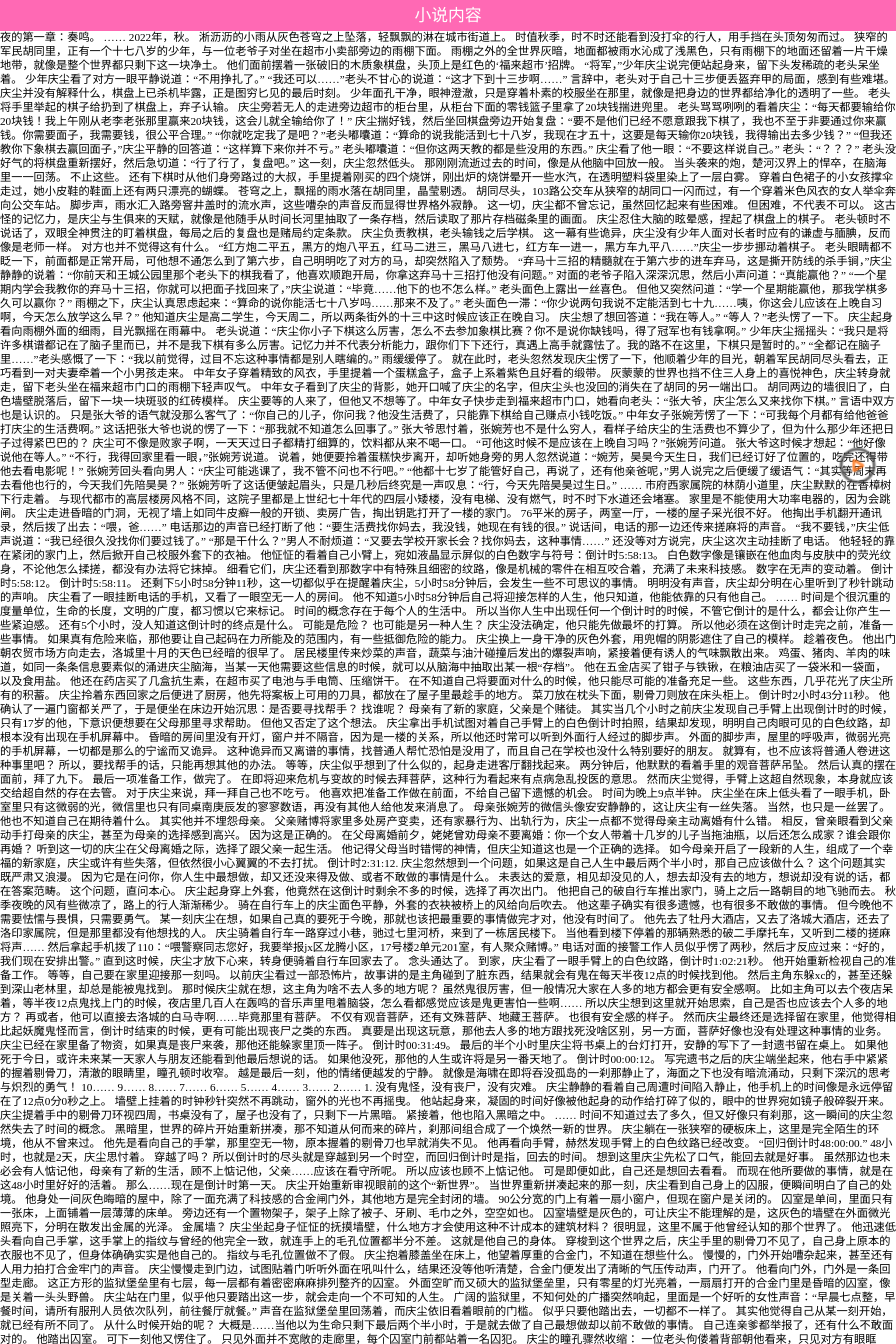
Repository: razzh7/javascript-demo
Page: 自动阅读插件/detail.html
These files come from the project's save history. The page is drawn as it stood at one moment and after the next save; the edit follows.
The browser window is 1280 px wide. The pictures show the part of the page from y = 0 to 1920 px (the page is 3004 px tall before and 6556 px after), at 70% of full size.

Above is the page before, as saved 2021-06-30 16:02:21.

### 自动阅读插件/detail.html
<!DOCTYPE html>
<html lang="en">
<head>
  <meta charset="UTF-8">
  <meta http-equiv="X-UA-Compatible" content="IE=edge">
  <meta name="viewport" content="width=device-width, initial-scale=1.0">
  <title>小说内容</title>
  <link rel="stylesheet" href="./css/common.css" />
  <link rel="stylesheet" href="./css/detail.css" />
</head>
<body>
  <div class="list-hd">
    <h2>小说内容</h2>
  </div>
  <div class="container lt">
    夜的第一章：奏鸣。

    ……

    2022年，秋。

    淅沥沥的小雨从灰色苍穹之上坠落，轻飘飘的淋在城市街道上。

    时值秋季，时不时还能看到没打伞的行人，用手挡在头顶匆匆而过。

    狭窄的军民胡同里，正有一个十七八岁的少年，与一位老爷子对坐在超市小卖部旁边的雨棚下面。

    雨棚之外的全世界灰暗，地面都被雨水沁成了浅黑色，只有雨棚下的地面还留着一片干燥地带，就像是整个世界都只剩下这一块净土。

    他们面前摆着一张破旧的木质象棋盘，头顶上是红色的‘福来超市’招牌。

    “将军，”少年庆尘说完便站起身来，留下头发稀疏的老头呆坐着。

    少年庆尘看了对方一眼平静说道：“不用挣扎了。”

    “我还可以……”老头不甘心的说道：“这才下到十三步啊……”

    言辞中，老头对于自己十三步便丢盔弃甲的局面，感到有些难堪。

    庆尘并没有解释什么，棋盘上已杀机毕露，正是图穷匕见的最后时刻。

    少年面孔干净，眼神澄澈，只是穿着朴素的校服坐在那里，就像是把身边的世界都给净化的透明了一些。

    老头将手里举起的棋子给扔到了棋盘上，弃子认输。

    庆尘旁若无人的走进旁边超市的柜台里，从柜台下面的零钱篮子里拿了20块钱揣进兜里。

    老头骂骂咧咧的看着庆尘：“每天都要输给你20块钱！我上午刚从老李老张那里赢来20块钱，这会儿就全输给你了！”

    庆尘揣好钱，然后坐回棋盘旁边开始复盘：“要不是他们已经不愿意跟我下棋了，我也不至于非要通过你来赢钱。你需要面子，我需要钱，很公平合理。”

    “你就吃定我了是吧？”老头嘟囔道：“算命的说我能活到七十八岁，我现在才五十，这要是每天输你20块钱，我得输出去多少钱？”

    “但我还教你下象棋去赢回面子，”庆尘平静的回答道：“这样算下来你并不亏。”

    老头嘟囔道：“但你这两天教的都是些没用的东西。”

    庆尘看了他一眼：“不要这样说自己。”

    老头：“？？？”

    老头没好气的将棋盘重新摆好，然后急切道：“行了行了，复盘吧。”

    这一刻，庆尘忽然低头。

    那刚刚流逝过去的时间，像是从他脑中回放一般。

    当头袭来的炮，楚河汉界上的悍卒，在脑海里一一回荡。

    不止这些。

    还有下棋时从他们身旁路过的大叔，手里提着刚买的四个烧饼，刚出炉的烧饼晕开一些水汽，在透明塑料袋里染上了一层白雾。

    穿着白色裙子的小女孩撑伞走过，她小皮鞋的鞋面上还有两只漂亮的蝴蝶。

    苍穹之上，飘摇的雨水落在胡同里，晶莹剔透。

    胡同尽头，103路公交车从狭窄的胡同口一闪而过，有一个穿着米色风衣的女人举伞奔向公交车站。

    脚步声，雨水汇入路旁窨井盖时的流水声，这些嘈杂的声音反而显得世界格外寂静。

    这一切，庆尘都不曾忘记，虽然回忆起来有些困难。

    但困难，不代表不可以。

    这古怪的记忆力，是庆尘与生俱来的天赋，就像是他随手从时间长河里抽取了一条存档，然后读取了那片存档磁条里的画面。

    庆尘忍住大脑的眩晕感，捏起了棋盘上的棋子。

    老头顿时不说话了，双眼全神贯注的盯着棋盘，每局之后的复盘也是赌局约定条款。

    庆尘负责教棋，老头输钱之后学棋。

    这一幕有些诡异，庆尘没有少年人面对长者时应有的谦虚与腼腆，反而像是老师一样。

    对方也并不觉得这有什么。

    “红方炮二平五，黑方的炮八平五，红马二进三，黑马八进七，红方车一进一，黑方车九平八……”庆尘一步步挪动着棋子。

    老头眼睛都不眨一下，前面都是正常开局，可他想不通怎么到了第六步，自己明明吃了对方的马，却突然陷入了颓势。

    “弃马十三招的精髓就在于第六步的进车弃马，这是撕开防线的杀手锏，”庆尘静静的说着：“你前天和王城公园里那个老头下的棋我看了，他喜欢顺跑开局，你拿这弃马十三招打他没有问题。”

    对面的老爷子陷入深深沉思，然后小声问道：“真能赢他？”

    “一个星期内学会我教你的弃马十三招，你就可以把面子找回来了，”庆尘说道：“毕竟……他下的也不怎么样。”

    老头面色上露出一丝喜色。

    但他又突然问道：“学一个星期能赢他，那我学棋多久可以赢你？”

    雨棚之下，庆尘认真思虑起来：“算命的说你能活七十八岁吗……那来不及了。”

    老头面色一滞：“你少说两句我说不定能活到七十九……咦，你这会儿应该在上晚自习啊，今天怎么放学这么早？”

    他知道庆尘是高二学生，今天周二，所以两条街外的十三中这时候应该正在晚自习。

    庆尘想了想回答道：“我在等人。”

    “等人？”老头愣了一下。

    庆尘起身看向雨棚外面的细雨，目光飘摇在雨幕中。

    老头说道：“庆尘你小子下棋这么厉害，怎么不去参加象棋比赛？你不是说你缺钱吗，得了冠军也有钱拿啊。”

    少年庆尘摇摇头：“我只是将许多棋谱都记在了脑子里而已，并不是我下棋有多么厉害。记忆力并不代表分析能力，跟你们下下还行，真遇上高手就露怯了。我的路不在这里，下棋只是暂时的。”

    “全都记在脑子里……”老头感慨了一下：“我以前觉得，过目不忘这种事情都是别人瞎编的。”

    雨缓缓停了。

    就在此时，老头忽然发现庆尘愣了一下，他顺着少年的目光，朝着军民胡同尽头看去，正巧看到一对夫妻牵着一个小男孩走来。

    中年女子穿着精致的风衣，手里提着一个蛋糕盒子，盒子上系着紫色且好看的缎带。

    灰蒙蒙的世界也挡不住三人身上的喜悦神色，庆尘转身就走，留下老头坐在福来超市门口的雨棚下轻声叹气。

    中年女子看到了庆尘的背影，她开口喊了庆尘的名字，但庆尘头也没回的消失在了胡同的另一端出口。

    胡同两边的墙很旧了，白色墙壁脱落后，留下一块一块斑驳的红砖模样。

    庆尘要等的人来了，但他又不想等了。中年女子快步走到福来超市门口，她看向老头：“张大爷，庆尘怎么又来找你下棋。”

    言语中双方也是认识的。

    只是张大爷的语气就没那么客气了：“你自己的儿子，你问我？他没生活费了，只能靠下棋给自己赚点小钱吃饭。”

    中年女子张婉芳愣了一下：“可我每个月都有给他爸爸打庆尘的生活费啊。”

    这话把张大爷也说的愣了一下：“那我就不知道怎么回事了。”

    张大爷思忖着，张婉芳也不是什么穷人，看样子给庆尘的生活费也不算少了，但为什么那少年还把日子过得紧巴巴的？

    庆尘可不像是败家子啊，一天天过日子都精打细算的，饮料都从来不喝一口。

    “可他这时候不是应该在上晚自习吗？”张婉芳问道。

    张大爷这时候才想起：“他好像说他在等人。”

    “不行，我得回家里看一眼，”张婉芳说道。

    说着，她便要拎着蛋糕快步离开，却听她身旁的男人忽然说道：“婉芳，昊昊今天生日，我们已经订好了位置的，吃完还得带他去看电影呢！”

    张婉芳回头看向男人：“庆尘可能逃课了，我不管不问也不行吧。”

    “他都十七岁了能管好自己，再说了，还有他亲爸呢，”男人说完之后便缓了缓语气：“其实等周末再去看他也行的，今天我们先陪昊昊？”

    张婉芳听了这话便皱起眉头，只是几秒后终究是一声叹息：“行，今天先陪昊昊过生日。”

    ……

    市府西家属院的林荫小道里，庆尘默默的在香樟树下行走着。

    与现代都市的高层楼房风格不同，这院子里都是上世纪七十年代的四层小矮楼，没有电梯、没有燃气，时不时下水道还会堵塞。

    家里是不能使用大功率电器的，因为会跳闸。

    庆尘走进昏暗的门洞，无视了墙上如同牛皮癣一般的开锁、卖房广告，掏出钥匙打开了一楼的家门。

    76平米的房子，两室一厅，一楼的屋子采光很不好。

    他掏出手机翻开通讯录，然后拨了出去：“喂，爸……”

    电话那边的声音已经打断了他：“要生活费找你妈去，我没钱，她现在有钱的很。”

    说话间，电话的那一边还传来搓麻将的声音。

    “我不要钱，”庆尘低声说道：“我已经很久没找你们要过钱了。”

    “那是干什么？”男人不耐烦道：“又要去学校开家长会？找你妈去，这种事情……”

    还没等对方说完，庆尘这次主动挂断了电话。

    他轻轻的靠在紧闭的家门上，然后掀开自己校服外套下的衣袖。

    他怔怔的看着自己小臂上，宛如液晶显示屏似的白色数字与符号：倒计时5:58:13。

    白色数字像是镶嵌在他血肉与皮肤中的荧光纹身，不论他怎么揉搓，都没有办法将它抹掉。

    细看它们，庆尘还看到那数字中有特殊且细密的纹路，像是机械的零件在相互咬合着，充满了未来科技感。

    数字在无声的变动着。

    倒计时5:58:12。

    倒计时5:58:11。

    还剩下5小时58分钟11秒，这一切都似乎在提醒着庆尘，5小时58分钟后，会发生一些不可思议的事情。

    明明没有声音，庆尘却分明在心里听到了秒针跳动的声响。

    庆尘看了一眼挂断电话的手机，又看了一眼空无一人的房间。

    他不知道5小时58分钟后自己将迎接怎样的人生，他只知道，他能依靠的只有他自己。

    ……

    时间是个很沉重的度量单位，生命的长度，文明的广度，都习惯以它来标记。

    时间的概念存在于每个人的生活中。

    所以当你人生中出现任何一个倒计时的时候，不管它倒计的是什么，都会让你产生一些紧迫感。

    还有5个小时，没人知道这倒计时的终点是什么。

    可能是危险？

    也可能是另一种人生？

    庆尘没法确定，他只能先做最坏的打算。

    所以他必须在这倒计时走完之前，准备一些事情。

    如果真有危险来临，那他要让自己起码在力所能及的范围内，有一些抵御危险的能力。

    庆尘换上一身干净的灰色外套，用兜帽的阴影遮住了自己的模样。

    趁着夜色。

    他出门朝农贸市场方向走去，洛城里十月的天色已经暗的很早了。

    居民楼里传来炒菜的声音，蔬菜与油汁碰撞后发出的爆裂声响，紧接着便有诱人的气味飘散出来。

    鸡蛋、猪肉、羊肉的味道，如同一条条信息要素似的涌进庆尘脑海，当某一天他需要这些信息的时候，就可以从脑海中抽取出某一根“存档”。

    他在五金店买了钳子与铁锹，在粮油店买了一袋米和一袋面，以及食用盐。

    他还在药店买了几盒抗生素，在超市买了电池与手电筒、压缩饼干。

    在不知道自己将要面对什么的时候，他只能尽可能的准备充足一些。

    这些东西，几乎花光了庆尘所有的积蓄。

    庆尘拎着东西回家之后便进了厨房，他先将案板上可用的刀具，都放在了屋子里最趁手的地方。

    菜刀放在枕头下面，剔骨刀则放在床头柜上。

    倒计时2小时43分11秒。

    他确认了一遍门窗都关严了，于是便坐在床边开始沉思：是否要寻找帮手？

    找谁呢？

    母亲有了新的家庭，父亲是个赌徒。

    其实当几个小时之前庆尘发现自己手臂上出现倒计时的时候，只有17岁的他，下意识便想要在父母那里寻求帮助。

    但他又否定了这个想法。

    庆尘拿出手机试图对着自己手臂上的白色倒计时拍照，结果却发现，明明自己肉眼可见的白色纹路，却根本没有出现在手机屏幕中。

    昏暗的房间里没有开灯，窗户并不隔音，因为是一楼的关系，所以他还时常可以听到外面行人经过的脚步声。

    外面的脚步声，屋里的呼吸声，微弱光亮的手机屏幕，一切都是那么的宁谧而又诡异。

    这种诡异而又离谱的事情，找普通人帮忙恐怕是没用了，而且自己在学校也没什么特别要好的朋友。

    就算有，也不应该将普通人卷进这种事里吧？

    所以，要找帮手的话，只能再想其他的办法。

    等等，庆尘似乎想到了什么似的，起身走进客厅翻找起来。

    两分钟后，他默默的看着手里的观音菩萨吊坠。

    然后认真的摆在面前，拜了九下。

    最后一项准备工作，做完了。  在即将迎来危机与变故的时候去拜菩萨，这种行为看起来有点病急乱投医的意思。

    然而庆尘觉得，手臂上这超自然现象，本身就应该交给超自然的存在去管。

    对于庆尘来说，拜一拜自己也不吃亏。

    他喜欢把准备工作做在前面，不给自己留下遗憾的机会。

    时间为晚上9点半钟。

    庆尘坐在床上低头看了一眼手机，卧室里只有这微弱的光，微信里也只有同桌南庚辰发的寥寥数语，再没有其他人给他发来消息了。

    母亲张婉芳的微信头像安安静静的，这让庆尘有一丝失落。

    当然，也只是一丝罢了。

    他也不知道自己在期待着什么。

    其实他并不埋怨母亲。

    父亲赌博将家里多处房产变卖，还有家暴行为、出轨行为，庆尘一点都不觉得母亲主动离婚有什么错。

    相反，曾亲眼看到父亲动手打母亲的庆尘，甚至为母亲的选择感到高兴。

    因为这是正确的。

    在父母离婚前夕，姥姥曾劝母亲不要离婚：你一个女人带着十几岁的儿子当拖油瓶，以后还怎么成家？谁会跟你再婚？

    听到这一切的庆尘在父母离婚之际，选择了跟父亲一起生活。

    他记得父母当时错愕的神情，但庆尘知道这也是一个正确的选择。

    如今母亲开启了一段新的人生，组成了一个幸福的新家庭，庆尘或许有些失落，但依然很小心翼翼的不去打扰。

    倒计时2:31:12.

    庆尘忽然想到一个问题，如果这是自己人生中最后两个半小时，那自己应该做什么？

    这个问题其实既严肃又浪漫。

    因为它是在问你，你人生中最想做，却又还没来得及做、或者不敢做的事情是什么。

    未表达的爱意，相见却没见的人，想去却没有去的地方，想说却没有说的话，都在答案范畴。

    这个问题，直问本心。

    庆尘起身穿上外套，他竟然在这倒计时剩余不多的时候，选择了再次出门。

    他把自己的破自行车推出家门，骑上之后一路朝目的地飞驰而去。

    秋季夜晚的风有些微凉了，路上的行人渐渐稀少。

    骑在自行车上的庆尘面色平静，外套的衣袂被桥上的风给向后吹去。

    他这辈子确实有很多遗憾，也有很多不敢做的事情。

    但今晚他不需要怯懦与畏惧，只需要勇气。

    某一刻庆尘在想，如果自己真的要死于今晚，那就也该把最重要的事情做完才对，他没有时间了。

    他先去了牡丹大酒店，又去了洛城大酒店，还去了洛印家属院，但是那里都没有他想找的人。

    庆尘骑着自行车一路穿过小巷，驰过七里河桥，来到了一栋居民楼下。

    当他看到楼下停着的那辆熟悉的破二手摩托车，又听到二楼的搓麻将声……

    然后拿起手机拨了110：“喂警察同志您好，我要举报jx区龙腾小区，17号楼2单元201室，有人聚众赌博。”

    电话对面的接警工作人员似乎愣了两秒，然后才反应过来：“好的，我们现在安排出警。”

    直到这时候，庆尘才放下心来，转身便骑着自行车回家去了。

    念头通达了。

    到家，庆尘看了一眼手臂上的白色纹路，倒计时1:02:21秒。

    他开始重新检视自己的准备工作。

    等等，自己要在家里迎接那一刻吗。

    以前庆尘看过一部恐怖片，故事讲的是主角碰到了脏东西，结果就会有鬼在每天半夜12点的时候找到他。

    然后主角东躲xc的，甚至还躲到深山老林里，却总是能被鬼找到。

    那时候庆尘就在想，这主角为啥不去人多的地方呢？

    虽然鬼很厉害，但一般情况大家在人多的地方都会更有安全感啊。

    比如主角可以去个夜店呆着，等半夜12点鬼找上门的时候，夜店里几百人在轰鸣的音乐声里甩着脑袋，怎么看都感觉应该是鬼更害怕一些啊……

    所以庆尘想到这里就开始思索，自己是否也应该去个人多的地方？

    再或者，他可以直接去洛城的白马寺啊……毕竟那里有菩萨。

    不仅有观音菩萨，还有文殊菩萨、地藏王菩萨。

    也很有安全感的样子。

    然而庆尘最终还是选择留在家里，他觉得相比起妖魔鬼怪而言，倒计时结束的时候，更有可能出现丧尸之类的东西。

    真要是出现这玩意，那他去人多的地方跟找死没啥区别，另一方面，菩萨好像也没有处理这种事情的业务。

    庆尘已经在家里备了物资，如果真是丧尸来袭，那他还能躲家里顶一阵子。

    倒计时00:31:49。

    最后的半个小时里庆尘将书桌上的台灯打开，安静的写下了一封遗书留在桌上。

    如果他死于今日，或许未来某一天家人与朋友还能看到他最后想说的话。

    如果他没死，那他的人生或许将是另一番天地了。

    倒计时00:00:12。

    写完遗书之后的庆尘端坐起来，他右手中紧紧的握着剔骨刀，清澈的眼睛里，瞳孔顿时收窄。

    越是最后一刻，他的情绪便越发的宁静。

    就像是海啸在即将吞没孤岛的一刹那静止了，海面之下也没有暗流涌动，只剩下深沉的思考与炽烈的勇气！

    10……

    9……

    8……

    7……

    6……

    5……

    4……

    3……

    2……

    1.

    没有鬼怪，没有丧尸，没有灾难。

    庆尘静静的看着自己周遭时间陷入静止，他手机上的时间像是永远停留在了12点0分0秒之上。

    墙壁上挂着的时钟秒针突然不再跳动，窗外的光也不再摇曳。

    他站起身来，凝固的时间好像被他起身的动作给打碎了似的，眼中的世界宛如镜子般碎裂开来。

    庆尘提着手中的剔骨刀环视四周，书桌没有了，屋子也没有了，只剩下一片黑暗。

    紧接着，他也陷入黑暗之中。

    ……

    时间不知道过去了多久，但又好像只有刹那，这一瞬间的庆尘忽然失去了时间的概念。

    黑暗里，世界的碎片开始重新拼凑，那不知道从何而来的碎片，刹那间组合成了一个焕然一新的世界。

    庆尘躺在一张狭窄的硬板床上，这里是完全陌生的环境，他从不曾来过。

    他先是看向自己的手掌，那里空无一物，原本握着的剔骨刀也早就消失不见。

    他再看向手臂，赫然发现手臂上的白色纹路已经改变。

    “回归倒计时48:00:00.”

    48小时，也就是2天，庆尘思忖着。
    穿越了吗？

    所以倒计时的尽头就是穿越到另一个时空，而回归倒计时是指，回去的时间。

    想到这里庆尘先松了口气，能回去就是好事。

    虽然那边也未必会有人惦记他，母亲有了新的生活，顾不上惦记他，父亲……应该在看守所呢。

    所以应该也顾不上惦记他。

    可是即便如此，自己还是想回去看看。

    而现在他所要做的事情，就是在这48小时里好好的活着。

    那么……现在是倒计时第一天。

    庆尘开始重新审视眼前的这个“新世界”。

    当世界重新拼凑起来的那一刻，庆尘看到自己身上的囚服，便瞬间明白了自己的处境。

    他身处一间灰色晦暗的屋中，除了一面充满了科技感的合金闸门外，其他地方是完全封闭的墙。

    90公分宽的门上有着一扇小窗户，但现在窗户是关闭的。

    囚室是单间，里面只有一张床，上面铺着一层薄薄的床单。

    旁边还有一个置物架子，架子上除了被子、牙刷、毛巾之外，空空如也。

    囚室墙壁是灰色的，可让庆尘不能理解的是，这灰色的墙壁在外面微光照亮下，分明在散发出金属的光泽。

    金属墙？

    庆尘坐起身子怔怔的抚摸墙壁，什么地方才会使用这种不计成本的建筑材料？

    很明显，这里不属于他曾经认知的那个世界了。

    他迅速低头看向自己手掌，这手掌上的指纹与曾经的他完全一致，就连手上的毛孔位置都半分不差。

    这就是他自己的身体。

    穿梭到这个世界之后，庆尘手里的剔骨刀不见了，自己身上原本的衣服也不见了，但身体确确实实是他自己的。

    指纹与毛孔位置做不了假。

    庆尘抱着膝盖坐在床上，他望着厚重的合金门，不知道在想些什么。

    慢慢的，门外开始嘈杂起来，甚至还有人用力拍打合金牢门的声音。

    庆尘慢慢走到门边，试图贴着门听听外面在吼叫什么，结果还没等他听清楚，合金门便发出了清晰的气压传动声，门开了。

    他看向门外，门外是一条回型走廊。

    这正方形的监狱堡垒里有七层，每一层都有着密密麻麻排列整齐的囚室。

    外面空旷而又硕大的监狱堡垒里，只有零星的灯光亮着，一扇扇打开的合金门里是昏暗的囚室，像是关着一头头野兽。

    庆尘站在门里，似乎他只要踏出这一步，就会走向一个不可知的人生。

    广阔的监狱里，不知何处的广播突然响起，里面是一个好听的女性声音：“早晨七点整，早餐时间，请所有服刑人员依次队列，前往餐厅就餐。”

    声音在监狱堡垒里回荡着，而庆尘依旧看着眼前的门槛。

    似乎只要他踏出去，一切都不一样了。

    其实他觉得自己从某一刻开始，就已经有所不同了。

    从什么时候开始的呢？

    大概是……当他以为生命只剩下最后两个半小时，于是就去做了自己最想做却以前不敢做的事情。

    自己连亲爹都举报了，还有什么不敢面对的。

    他踏出囚室。

    可下一刻他又愣住了。

    只见外面并不宽敞的走廊里，每个囚室门前都站着一名囚犯。

    庆尘的瞳孔骤然收缩：

    一位老头佝偻着背部朝他看来，只见对方有眼眶里，竟是一只泛着红色微光的机械眼睛，对方整个右眼眶都是机械构造，这金属部件一直延展到右侧的太阳穴位置。

    机械眼睛看起来并不精致，甚至还有些粗糙，但不知道为什么庆尘从这只盯着他的眼睛里，感受到了压迫感。

    似乎，对方正在解析他身上的细节。

    就像是他用记忆力解析别人一样。

    一位魁梧的中年囚犯，右手臂竟完全由机械组成，对方活动着手指，庆尘还能听到对方手掌开合时，机械零件转动的金属声。

    那粗壮的金属手臂，像是虬结的钢铁肌肉般，强硬而暴躁。

    这整个监狱要塞里，竟是有一半的人都拥有机械肢体。

    机械文明。

    庆尘脑中蹦出了这四个字。

    还没等他继续思考，却见隔壁囚室那魁梧的囚犯冲他笑了笑：“喂，新来的，早饭不要吃太多，不然吐出来的时候会很难看。”

    话音一落，走廊上传出了不少人的哄笑声：“听说昨天晚上新来了十二个人，今天可以娱乐娱乐。”

    “这小子身上一点机械肢体都没有，看样子在外面也没什么关系。”

    听到“新来的”三个字时，庆尘一愣，他还以为对方知道自己刚刚从地球穿越过来。

    但很快他就反应过来，这“新来的”应该是指他刚进监狱，对方应该是不知道自己地球人身份的。

    而且庆尘皱眉思索着，对方所谓的娱乐，对自己来说恐怕会是一场灾难。

    可问题是，自己该如何在这群机械“野兽”之中生存？

    他克制着自己内心的躁动与恐惧，一个普通高二学生面对突如其来的凶狠变故，庆尘唯一能做的就是先强迫自己不表露任何异样。

    因为他不知道，如果自己来自另一个世界的事情暴露了，会招来怎样的后果。

    忽然间，对面四楼走廊上有一名少年抓狂起来：“这是什么地方！我要回家！我不要呆在这种鬼地方，你们是什么人！？我是黄济先，我爸是洛城永利集团的董事长，你们离我远点！”

    说着，那少年竟是沿着走廊疯狂奔跑起来。

    其他人并没有动，就像是看热闹似的站在原地观望，依旧保持着准备前往食堂吃饭的队列。

    有人有些疑惑：“洛城是哪里？”

    骤然间，庆尘听到头顶有蜂鸣声传来，他抬头看去赫然发现高而深邃的天花板上，正有四架如同铁盒子般的无人机脱离了墙壁，开始向下坠落。

    庆尘目光停留在天花板上，合金材质的墙壁上，竟是整齐的“嵌着”十八台加特林一样的六管机枪炮台倒悬着。

    随着那慌乱少年的跑动，其中九台机枪的枪口也在转动！

    “请停止走动，”无人机上发出女性声音：“再次警告，请停止走动。”

    紧接着，监狱堡垒里响起女性声音的广播声：“请所有服刑人员原地待命。”

    仅仅十多秒的时间，四架无人机便将那少年死死的堵在走廊某处，每架无人机的正下方都有枪口指着他。

    与此同时，监狱堡垒下方也有闸口打开，9名举着不知名枪械的机器人正全速进场。

    少年恐惧无比的靠墙跌坐着，而庆尘则冷冷的注视着这一切。

    对方的行为有些过激，但是却帮助庆尘了解到许多信息。

    机枪、无人机、机器人、机械肢体，无数的信息一时间全部汇入他脑中。

    但令庆尘最诧异的其实是，他看着那少年的一切表现忽然意识到：自己可能并不是唯一一个从地球来到这里的人。

    不是第一个，应该也不是最后一个。 曾经庆尘也想过，会不会有其他人手臂上也出现倒计时？

    正是因为有这个猜测，他才会那么小心谨慎的坐地铁去很远的地方验证一些事情，以免日后被人寻线索找到。

    但是后来一系列变故接踵而至，让庆尘几乎遗忘了这个猜测。

    现在看来，他的猜测最终成了现实。

    从地球穿越到这个世界的人一定不少，光这监狱都有两个，就更不用提监狱以外的世界了。

    穿越者有多少人？几百？几千？

    他们又是因为什么穿越？

    庆尘无法确定。

    “这次来的新人有点意思啊，怕不是个傻子吧，”有人看着崩溃的那个少年嬉笑道：“我听说他是因为偷税漏税判了7年进来的？昨天被押进来的时候没哭，到现在才哭。”

    “这年头敢惹税务征收机构的人，不是傻子是什么……”

    庆尘朝声音来源处看去，正是一名装载了机械双腿的青年男子，对方见他看去，便挑起嘴角笑道：“喂，新来的，你做好准备了吗？”

    周围人群顿时哄笑起来，似乎都等着看好戏了。

    这个地方，明明如此科幻与先进，可是人类那恶的一面好像并没有什么改变。

    庆尘皱眉，却没有理会，他重新看向那个被无人机围起来的少年。

    恐怕只有他知道，对方昨天没哭、今天才哭的原因是：对方今天和自己一样，刚刚从地球那个“温室”穿越过来，有点接受不了这个现实。

    这不是猜测，而是他见过对方。

    庆尘今年17岁，在洛城外国语学校上高二。

    而这位崩溃的少年则是高一年级的。

    两人并没有过任何交集，只是庆尘过目不忘，只要看见过的就很难忘记。

    这倒是让庆尘有些诧异，难道穿越前所在位置相近，穿越后的位置也会距离很近吗？

    他没法确定。

    不过庆尘倒是发现了一件事情：这里的人全都在说普通话，竟是没有一个说方言的。

    此时此刻，机器警卫正沿着楼梯冲上去，每次踏步都能跨越五阶楼梯，并伴随着独特的液压传动声响。

    那名少年，已经哭的不成人样了。

    这座监狱堡垒里有一半人都装载了机械肢体，在这种钢铁猛兽环伺的地方遇到地球人，颇有种他乡遇故知的感觉。

    一般人在陌生的地方遇到“同乡”，都会升起一种莫名的安全感。

    可庆尘并没有这种感觉，他看着那个已经濒临崩溃的少年便意识到，“同乡”并不一定能帮到你，反而可能成为一种拖累。

    不是所有人在面对这初来乍到的机械文明，还能保持冷静。

    他现在要做的是先撑过这初来乍到的两天，然后回到地球去了解这一切到底是为什么。

    庆尘低调的默默观望着，不知道为什么，他此时此刻的心情反而更镇定了一些。

    直到这时，所有囚犯都还站在原地一动不动。

    他环顾监狱堡垒，刚刚从监区外闸门冲来的9名机器人，留下了3名在楼下的广场戒严，其余的则上楼将那名恐慌的少年带走。

    楼下广场很宽阔，感觉有一个足球场大小。

    开放式的广场又分成好几个区域：餐厅、健身器材娱乐区域、阅读区、影音区等等……

    这些区域之间并没有什么隔断，像是一个大型的自由活动场所，而这广场边缘，则分布着8个大型钢铁闸门。

    那些闸门之大，怕是可以允许装甲车直接通过。

    忽然间庆尘愣住了，他看到已经有三个人不知何时出现在楼下广场的餐桌旁了。

    一名看起来四十多岁的中年男人坐着，另外两名年轻人笑眯眯的守在他身旁，然后饶有兴致的抬头打量着楼上的囚犯们。

    中年男人面前放着一张象棋盘，棋盘上则是摆好了一副残局。

    最令人惊异的是，那餐桌上的棋盘旁，竟然还卧着一只揣着爪子打盹的猫，灰色，耳朵上有两丛尖尖的毛，看起来有点像猞猁，但又不是。

    缅因猫。

    监狱里还能养猫？！

    庆尘有些惊愕，他刚才的目光被“同乡”吸引，以至于他都没看到这三人一猫是什么时候来到广场的。

    此时，只见那中年男人专心致志的盯着棋盘，仿佛楼上发生的事情与他毫无关系一样。

    而且，最令庆尘诧异的是，就连广场上的那些机器人都当这三人一猫不存在似的。

    楼上的严肃紧张，与楼下的轻松从容，像是两个不同世界般的鲜明对比。

    这三人中，两个年轻人穿着正常的蓝白相间囚服，而中年男人却是穿了一身白色练功服。

    在这灰暗压抑的环境里，那抹白色出尘极了。

    庆尘暗自思忖，难道这是监狱长？

    不对，虽然对方穿着异于其他囚犯的练功服，可那练功服胸口还绣着小小的黑色服刑编号。

    这中年男人也是监狱的一名服刑人员，只不过是最特殊的那一个。

    仿佛感受到了他的目光，中年男人身旁的一名年轻人竟突然转头，笑意盈盈的回看着他了一眼。

    庆尘立刻收回了。

    待到那名崩溃的地球少年被带走后，监狱堡垒里再次响起了广播：“按队列依次前往餐厅就餐。”

    话音刚落，庆尘便看到所有囚犯向右转，然后排着长长的队形，沿着楼梯往广场前进。

    直到这时候庆尘才有机会统计所有囚犯人数：包括他，3102名。

    这监狱堡垒总共七层，每层囚犯组成一支队伍，由队伍最前方的囚犯带领着，井然有序的依次前往餐厅。

    在此期间没人插队，也没人脱离队伍，庆尘感觉这里所有人都像是在按照既定好的程序运转一样，一切都被人“约束”好了。

    这种秩序，直到每个人从机器人窗口打完饭菜才结束。

    似乎打完饭菜就可以自由活动了。

    庆尘他们住在第五层，所以轮到他们打饭的时候，前面第一层的人已经结束用餐了，只见两名身材魁梧的囚犯拉扯着一个年轻人，直接往距离餐厅最近的一楼囚室走去，还有不少人跟在旁边起哄。

    还有人交代着：“赶紧把他拉进囚室，不要在广场上弄伤他，小心机器狱警插手。”

    拉扯着年轻人的囚犯漫不经心的回应道：“放心，我不是杨杰那种蠢货。”

    与此同时，那年轻人奋力挣扎着、嘶吼着：“放开我！”

    可是就在他快要被拉进囚室的时候，年轻人的声音已经转为哀求：“求求你们饶了我吧！”

    然而不管他怎么说，都没有人理会他的请求，反而招来了更嘈杂的嘲笑声。

    突然间，他前方安装着机械眼睛的老头转身笑道：“别东张西望了，待会儿就轮到你了。”

    庆尘平静的看了他一眼，老头忽然感觉对面这少年的眼神好像有些不同，也不知道为什么，他竟然感觉内心里突然一紧。

    在窗口打完饭，队形就散乱了。

    庆尘发现身边三个人若有若无的朝自己靠近过来，像是要直接控制他！

    他顿时加快了步伐，而对方也同样加快了步伐，将他紧紧围在当中！

    下一刻，这监狱堡垒里的画面宛如在庆尘脑海中细细过了一遍似的。

    穹顶上18台钢铁野兽般的机枪安静待命，犹如沉睡的猛虎。

    72台无人机悬挂在灰色合金天花板的卡槽里，犹如沉眠的黄蜂。

    210台监控缓缓转动角度，广场内3台机器人持枪伫立。

    囚犯们一个接一个从窗口领取着饭菜，有人抱怨着今天又是难吃的合成肉。

    水池旁边有人在洗刷餐盘，还有人替别人洗刷餐盘。

    广场上随着越来越多的人就餐结束，开始变的热闹起来，大家来往穿梭着，有的去了健身区，有的则围观者新人仪式。

    但是，所有人都下意识避开了那位盯着棋盘的中年男人。

    男人依旧认真的看着棋盘，周围五米都无人靠近，就像是海平面上镇静且坚硬的礁石，所有汹涌海水与船只都必须退让。

    庆尘忽然间端着餐盘，加速从三人包围圈里穿过，朝中年男人方向走去。

    看着他前进的方向，很多人都忽然意识到这个新来的想要干嘛。

    渐渐的，越来越多人把目光转向他，并窃窃私语，一个个囚犯脸上的表情，都仿佛等着看他笑话。

    发现中年男人异常的监狱新人很多，想要依靠对方摆脱困境的监狱新人也很多，庆尘从来都不是唯一一个。

    但事实上所有人都失败了。

    只是，庆尘对那些戏谑声充耳不闻，继续旁若无人的手端餐盘，穿过人群。

    还没等他靠近，便被中年人身边的年轻人拦下了，对方笑着说道：“新来的，我知道你打的什么算盘，但我们不会帮你。”

    对方猜中了庆尘的想法，而庆尘则将目光投向年轻人身后。

    中年人对身旁发生的这一切都充耳不闻，好像什么都没听到似的。

    他认真的看着中年男人说道：“前兵进一，这残局我能解。”

    中年男人直到这时才抬起头来，然后广场上便突然安静了，猫也睁开了眼睛。

    ……

    感谢海魂衣成为本书白银大盟。
  </div>
  <a href="javascript:;" class="btn-top"></a>
  <a href="javascript:;" class="btn-play"></a>
  <script type="text/javascript" src="./js/utils.js"></script>
  <script type="text/javascript" src="./js/auto_read.js"></script>
  <script type="text/javascript">
  /**
   * 小说自动阅读器
   * btnTop -> 返回顶部按钮
   * btnplay -> 自动阅读按钮
   * autoSpeed -> 阅读速度
   * playUrl -> 播放图片
   * pauseUrl -> 暂停图片
  */
    var autoRead = new AutoRead({
      btnTop: document.getElementsByClassName('btn-top')[0],
      btnPlay: document.getElementsByClassName('btn-play')[0],
      autoSpeed: 1,
      playUrl: './img/playing.png',
      pauseUrl: './img/pause.png'
    })
  </script>
</body>
</html>

### 自动阅读插件/css/common.css
body {
  margin: 0;
}
div {
  box-sizing: border-box;
}
h1,
h2,
h3,
h4,
h5,
h6,p {
  margin: 0;
  font-weight: normal;
}
ul {
  margin: 0;
  padding: 0;
}
img {
  height: 100%;
}
a {
  text-decoration: none;
}
.list-hd {
  position: fixed;
  top: 0;
  left: 0;
  width: 100%;
  height: 44px;
  line-height: 44px;
  text-align: center;
  background-color: hotpink;
  color: #fff;
  z-index: 1;
}
.container {
  margin-top: 44px;
}

### 自动阅读插件/css/detail.css
.btn-top {
  display: none;
  position: fixed;
  bottom: 100px;
  right: 25px;
  width: 60px;
  height: 60px;
  border-radius: 50%;
  background: #fff url(../img/rkt.png) no-repeat 0 0/100% 100%;
  opacity: .8;
}
.btn-play {
  position: fixed;
  bottom: 25px;
  right: 25px;
  width: 60px;
  height: 60px;
  border-radius: 50%;
  background: url(../img/playing.png) no-repeat 0 0/100% 100%;
  opacity: .8;
}
.btn-top:hover,.btn-play:hover{
  opacity: 1;
}
.lt {
  line-height: 20px;
}

### 自动阅读插件/js/utils.js
//获取滚动条滚动距离
function getScrollOffset(){
  if(window.pageXOffset){
    return {
      left: window.pageXOffset,
      top: window.pageYOffset
    }
  }else{
    return {
      left: document.body.scrollLeft + document.documentElement.scrollLeft,
      top: document.body.scrollTop + document.documentElement.scrollTop
    }
  }
}
//获取元素内容高度（文档内容高度）
function getScrollSize(){
  if(document.body.scrollHeight){
    return {
      width: document.body.scrollWidth,
      height: document.body.scrollHeight
    }
  }else{
    return {
      width: document.documentElement.scrollWidth,
      height: document.documentElement.scrollHeight
    }
  }
}
//获取浏览器可视区域的尺寸
function getViewPortSize(){
  if(window.innerWidth){
    return {
      width: window.innerWidth,
      height: window.innerHeight
    }
  }else{
    if(document.compatMode === 'BackCompat'){
      return {
        width: document.body.clientWidth,
        height: document.body.clientHeight
      }
    }else{
      return {
        width: document.documentElement.clientWidth,
        height: document.documentElement.clientHeight
      }
    }
  }
}
//添加点击事件
function addEvent(elem, type, fn){
  if(elem.addEventListener){
    elem.addEventListener(type, fn, false);
  }else if(elem.attachEvent){
    elem.attachEvent('on' + type, function(){
      fn.call(elem);
    })
  }else{
    elem['on' + type] = fn;
  }
}

### 自动阅读插件/js/auto_read.js
;(function(){
  var timer = null,
      playing = false,
      htmlHeight = getScrollSize().height,  //获取整个文档的高度
      nowView = getViewPortSize().height;  //获取视口高度
  var AutoRead = function(opt){
    this.btnTop = opt.btnTop;
    this.btnPlay = opt.btnPlay;
    this.autoSpeed = opt.autoSpeed;
    this.playUrl = opt.playUrl;
    this.pauseUrl = opt.pauseUrl;
    var _self = this;
    if(!this.btnTop) throw 'ReferenceError: btnTop is not defined';
    if(!this.btnPlay) throw 'ReferenceError: btnPlay is not defined';
    if(!this.autoSpeed) throw 'ReferenceError: autoSpeed is not defined';
    if(!this.playUrl) throw 'ReferenceError: playUrl is not defined';
    if(!this.pauseUrl) throw 'ReferenceError: pauseUrl is not defined';
    addEvent(this.btnTop, 'click', function(){
      //点击小火箭返回顶部
      window.scrollTo(0, 0);
    })
    addEvent(this.btnPlay, 'click', function(){
      _self.setAutoPlay();  //自动播放
    })
    //滚动条距离大于200不显示小火箭
    addEvent(window, 'scroll', function(){
      _self.isBtnShow();
    })
  }
  AutoRead.prototype = {
    setAutoPlay: function(){
      var _self = this;
      if(!playing){
        //点击播放按钮启动计时器
        timer = setInterval(function(){
          var sTopScroll = getScrollOffset().top; //实时获取滚动条距离
          /**
           * 整个文档的高度 <= 视口宽度 + 滚动条的滚动距离
           * htmlHeight文档高度 和 nowView视口宽度都是保持不变的所以在IIFE作用域声明就可以
           * */
          if(htmlHeight <= nowView + sTopScroll){
            clearInterval(timer);
            _self.btnPlay.style.background = 'url('+ _self.playUrl +') no-repeat 0 0/100% 100%';
          }else{
            window.scrollBy(0,1);  //持续累加滚动条
            _self.btnPlay.style.background = 'url('+ _self.pauseUrl +') no-repeat 0 0/100% 100%';
          }
        }, _self.autoSpeed);
        playing = true;  //!playing = true -> !true = false进入不了if跳转到else
      }else{
        //点击暂停按钮
        clearInterval(timer);  //暂停播放
        _self.btnPlay.style.background = 'url('+ _self.playUrl +') no-repeat 0 0/100% 100%';  //点击按钮 播放按钮 -> 暂停按钮
        playing = false;
      }
    },
    isBtnShow: function(){
      var sTopScroll = getScrollOffset().top;
      this.btnTop.style.display = sTopScroll >= 200 ? 'block' : 'none';  //滚动条距离超过两百显示反之不显示
    }
  }
  window.AutoRead = AutoRead;
})();

After the next save:
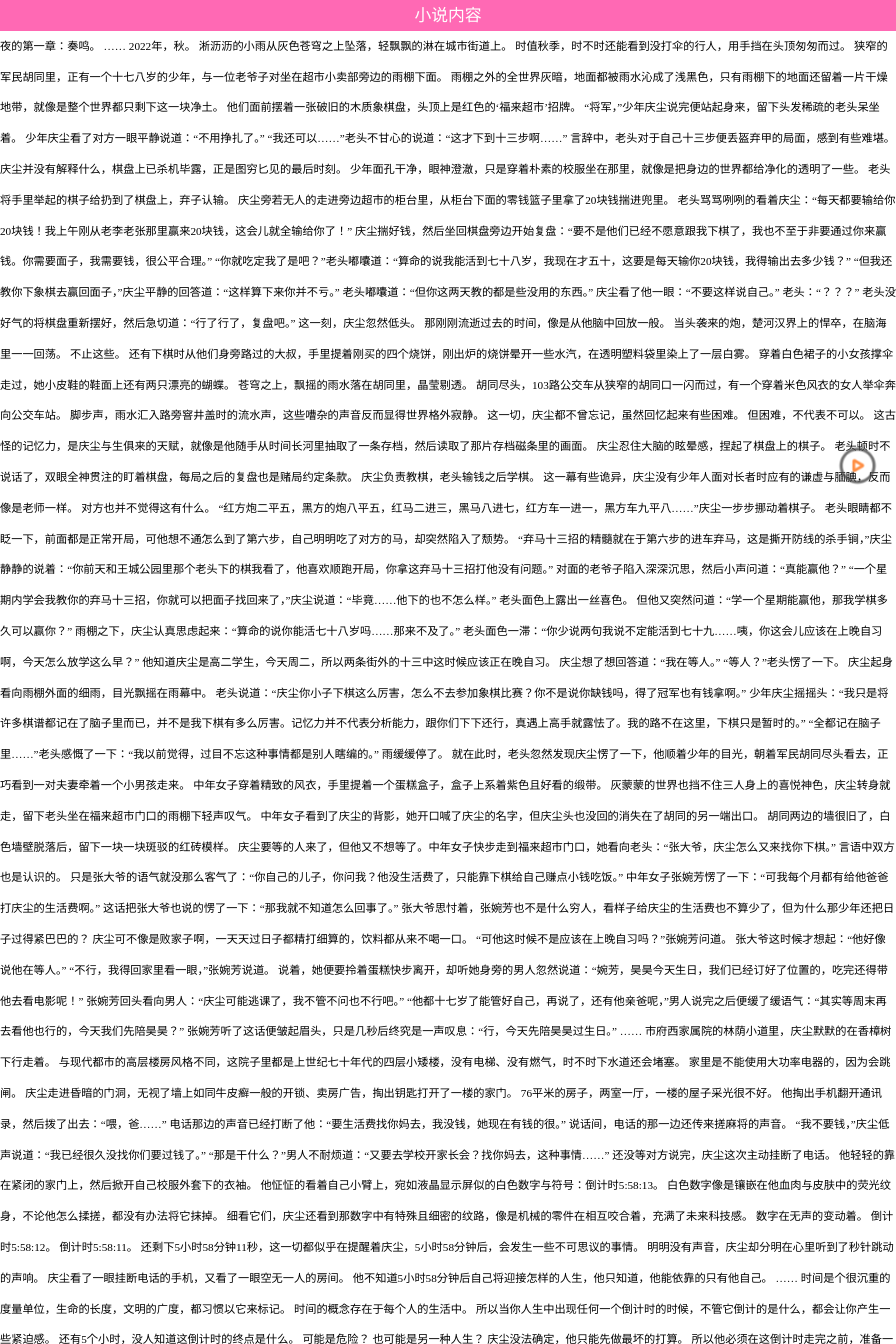
Saved 6 s later.
--- a/自动阅读插件/css/detail.css
+++ b/自动阅读插件/css/detail.css
@@ -23,5 +23,5 @@
   opacity: 1;
 }
 .lt {
-  line-height: 20px;
+  line-height: 44px;
 }
